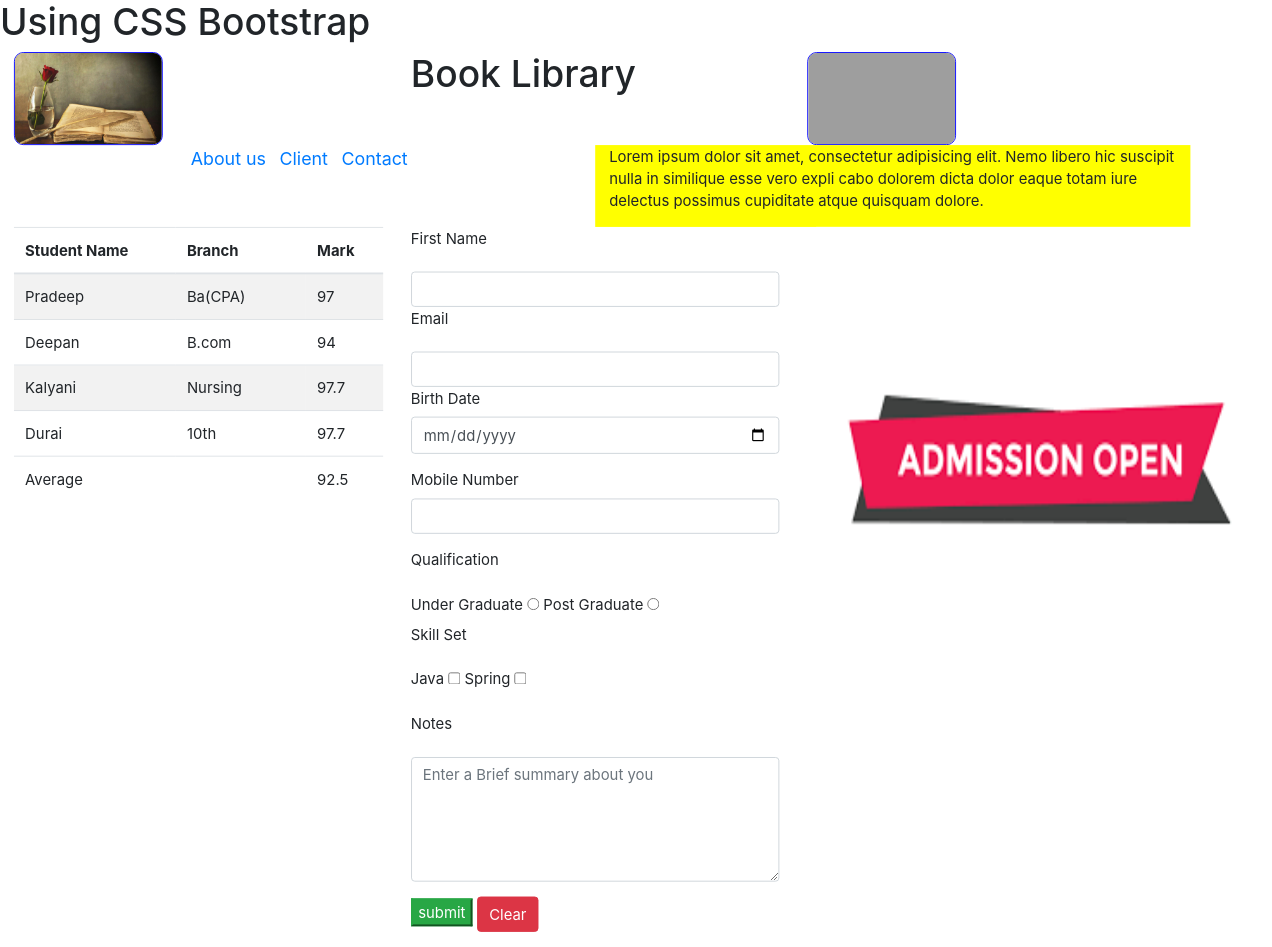
Repository: Balamurugan1914/crud_operation_without_db
Page: CSS_EXAMPLE/src/main/webapp/Bootstrap.html
These files come from the project's save history. The page is drawn as it stood at one moment and after the next save; the edit follows.
The browser window is 1280 px wide. The page is 1368 px wide, so the pictures cover 1368 px, including what lies to the right of the window. The pictures show the whole page, at 93% of full size.
Pictures or frames that could not be fetched are drawn as grey boxes.

Above is the page before, as saved 2022-06-27 10:18:53.

### CSS_EXAMPLE/src/main/webapp/Bootstrap.html
<!DOCTYPE html>
<html>
<head>
<meta charset="UTF-8">
<title>Insert title here</title>
<link rel="stylesheet" href="https://cdn.jsdelivr.net/npm/bootstrap@4.0.0/dist/css/bootstrap.min.css" integrity="sha384-Gn5384xqQ1aoWXA+058RXPxPg6fy4IWvTNh0E263XmFcJlSAwiGgFAW/dAiS6JXm" crossorigin="anonymous">
<style type="text/css">
.largeImage {
	width: 500px;
	height: 500px;
	border: 1px solid white;
	border-radius: 10px


}
.smallImage {
	width: 160px;
	height: 100px;
	border: 1px solid blue;
	border-radius: 10px


}
ul>li {
	display: inline;
}

a {
	text-decoration: none;
	font-size: 1.2em;
}


</style>
<body>

<h1>Using CSS Bootstrap</h1>

<!-- Fluid container Design -->

<div class="container-fluid">
<div class="row">
	<div class="col-lg-4"><img alt="image of book" src="images/books.jpg"
			class="smallImage left"></div>
	<div class="col-lg-4"><h1>Book Library</h1></div>
	<div class="col-lg-4"><img alt="image of book"
			src="images/book.jpeg" class="smallImage right"></div>
	</div>
	<div class="row">
	<nav class="col-md-6">
			<ul style="margin-left: 150px">
				<li><a href="aboutus.html">About us</a></li>
				<li style="margin-left: 10px"><a href="client.html">Client</a></li>
				<li style="margin-left: 10px"><a href="contact.html">Contact</a></li>

			</ul>
		</nav>

		<article class="col-md-6" style="background-color: yellow;">
			<p>Lorem ipsum dolor sit amet, consectetur adipisicing elit. Nemo
				libero hic suscipit nulla in similique esse vero expli cabo dolorem
				dicta dolor eaque totam iure delectus possimus cupiditate atque
				quisquam dolore.</p>

		</article>
	</div>
	<div class="row">
			<div class="col-md-4">
			<table class="table table-striped">
<thead class="light">
	<tr>
		<th>Student Name</th>
		<th style="width: 140px;">Branch</th>
		<th>Mark</th>
	</tr>
</thead>
<tbody class="dark">
	<tr>
		<td>Pradeep</td>
		<td>Ba(CPA)</td>
		<td>97</td>
	</tr>
	<tr>
		<td>Deepan</td>
		<td>B.com</td>
		<td>94</td>
	</tr>
	<tr>
		<td>Kalyani</td>
		<td>Nursing</td>
		<td>97.7</td>
	</tr>
	<tr>
		<td>Durai</td>
		<td>10th</td>
		<td>97.7</td>
	</tr>
	</tbody>
	<tfoot class="darkest">
	<tr>
		<td colspan="2" class="centerText">Average</td>
		<td>92.5</td>
	</tr>

	</tfoot>
</table>


			</div>

<div class=col-md-4>
	<form action="client.html">

				<div class="form-group">
					<label for="firstName">First Name</label>
				</div>
				<input type="text" name="firstName" required="required" id="firstName" class="form-control"/>
				<div class="form-group">
					<label for="email">Email</label>
				</div>
				<input type="email" name="email" id="email" multiple="multiple" class="form-control" />

				<div class="form-group">
					<label for="birthDate">Birth Date</label>
					<input type="date" name="birthDate" id="birthDate" class="form-control"  />
				</div>

				<div class="form-group">
					<label for="mobile">Mobile Number</label>
					<input type="tel" name="phoneNumber" id="mobile" pattern="[0-9]{10}" class="form-control"  />
				</div>

				<div class="form-group">
					<label for="">Qualification</label>
				</div>

				<label for="ug">Under Graduate</label>
				<input type="radio" value="under Graduate" name="qualification" id="ug"   />
				 <label	for="ug">Post Graduate</label>
				 <input type="radio" value="post Graduate" name="qualification" id="ug" />

				<div class="form-group">
					<label for="">Skill Set</label>
				</div>

				<div class="form-group">
					<label for="java">Java</label>
					<input type="checkbox" value="java"name="skill" id="java"   />
					<label for="spring">Spring</label>
					<input type="checkbox" value="spring" name="skill" id="spring"  />
				</div>

				<div class="form-group">
					<label for="notes">Notes</label>
				</div>
				<div class="form-group">
					<textarea name="notes" cols="30" rows="5" id="notes" placeholder="Enter a Brief summary about you" class="form-control" ></textarea>
				</div>

				<div class="form-group">
					<input type="submit" value="submit"  class="bth btn-success"/>
					<input type="reset" value="Clear" width="50px" class="btn btn-danger" />
				</div>
			</form>
</div>

<div class="col-md-4">
<img alt="" src="images/index.png" class="largeImage">



</div>



</div>
</div>


	</body>
	</html>

After the next save:
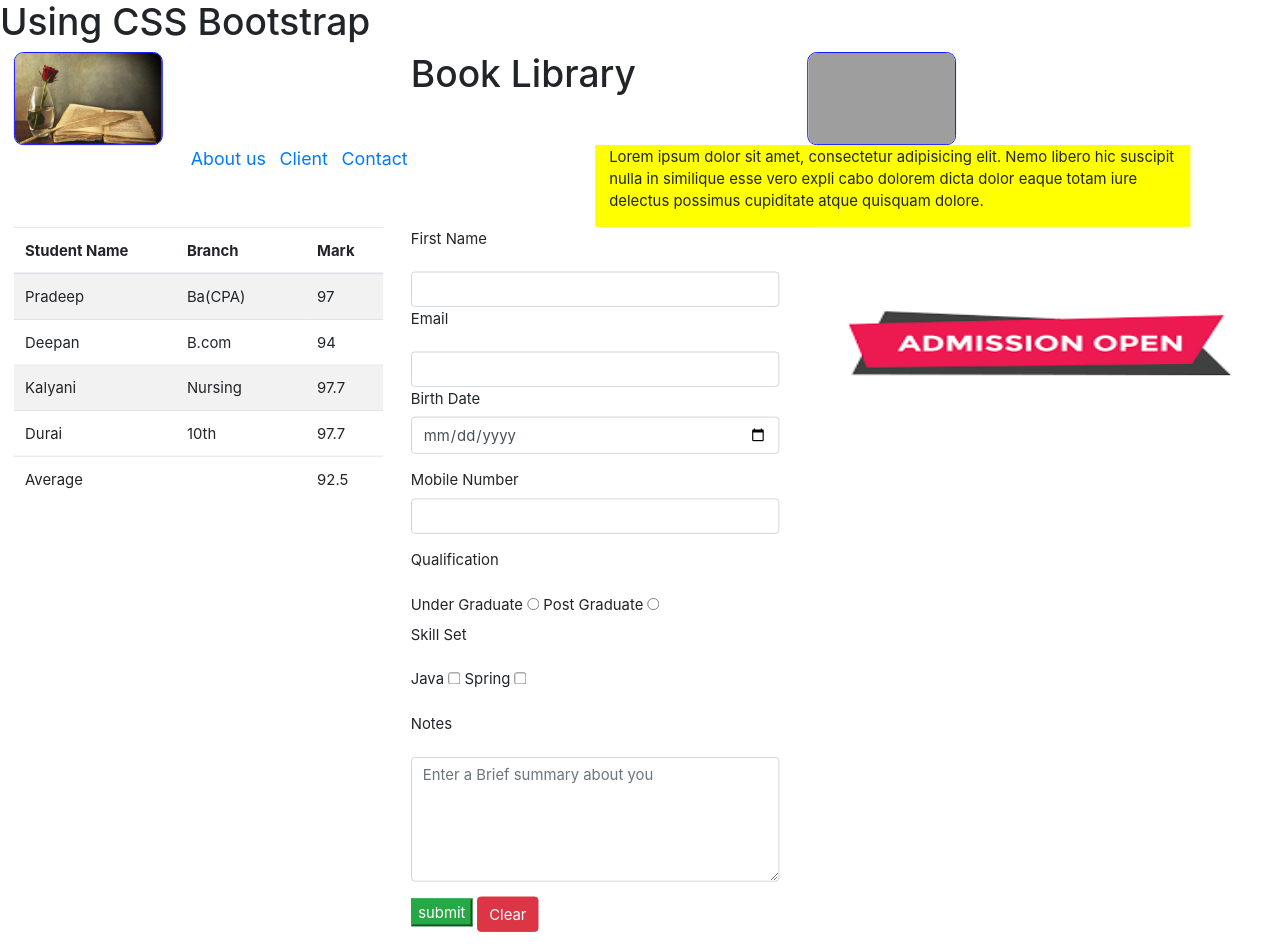
Saved 14 s later.
--- a/CSS_EXAMPLE/src/main/webapp/Bootstrap.html
+++ b/CSS_EXAMPLE/src/main/webapp/Bootstrap.html
@@ -7,7 +7,7 @@
 <style type="text/css">
 .largeImage {
 	width: 500px;
-	height: 500px;
+	height: 250px;
 	border: 1px solid white;
 	border-radius: 10px
 
